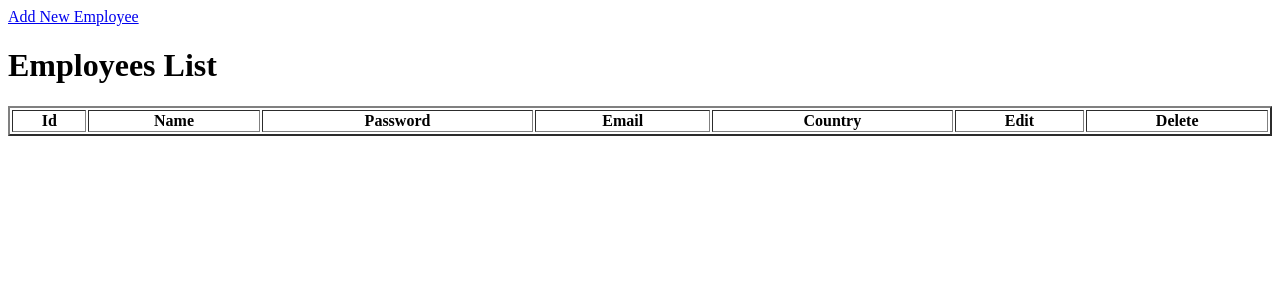
Repository: DhirajMG/ibm-fsd-000GLQ
Page: http://localhost/Employee/employee_view
An editor plug-in stored every save of this project. The page is shown before and after the next save, followed by the edit.
The browser window is 1280 px wide. The pictures show the whole page.
The page is served by Tomcat 9. Other server files are loaded and not shown. Queries for data that is not in the repository find no rows.

Above is the page before, as saved 2019-08-28 06:09:08.

### Java - 000GLQ/Employee/src/comm/servlet/EmployeeView.java
package comm.servlet;

import java.io.IOException;
import java.io.PrintWriter;
import java.util.List;

import javax.servlet.ServletException;
import javax.servlet.annotation.WebServlet;
import javax.servlet.http.HttpServlet;
import javax.servlet.http.HttpServletRequest;
import javax.servlet.http.HttpServletResponse;
@WebServlet("/employee_view")
public class EmployeeView extends HttpServlet {
    protected void doGet(HttpServletRequest request, HttpServletResponse response)
               throws ServletException, IOException {
        response.setContentType("text/html");
        PrintWriter out=response.getWriter();
        out.println("<a href='index.html'>Add New Employee</a>");
        out.println("<h1>Employees List</h1>");

        List<Employee> list=EmployeeDao.getAllEmployees();

        out.print("<table border='2' width='100%'");
        out.print("<tr><th>Id</th><th>Name</th><th>Password</th><th>Email</th><th>Country</th><th>Edit</th><th>Delete</th></tr>");
        for(Employee e:list){
         out.print("<tr><td>"+e.getId()+"</td><td>"+e.getName()+"</td><td>"+e.getPassword()+
        		 "</td><td>"+e.getEmail()+"</td><td>"+e.getCountry()+"</td><td><a href='employee_update?id="+e.getId()+"'>"
        		 		+ "edit</a></td><td><a href='employee_delete?id="+e.getId()+"'>delete</a></td></tr>");
        }
        out.print("</table>");

        out.close();
    }
}

### Java - 000GLQ/Employee/src/comm/servlet/EmployeeDao.java
package comm.servlet;

import java.util.*;

import javax.naming.Context;
import javax.naming.InitialContext;

import java.sql.*;

public class EmployeeDao {
	private static javax.sql.DataSource dataSource=null;
	private static Connection connection=null;

    public static Connection getConnection(){

        Connection connection=null;
        try{
        	Context initContext = new InitialContext();
			Object o  = initContext.lookup("java:/comp/env/jdbc/mysql");
			dataSource=(javax.sql.DataSource)o;

			 connection= dataSource.getConnection();
        }catch(Exception e){System.out.println(e);}
        return connection;
    }
    public static int save(Employee e){
        int status=0;
        try{
            Connection connection=EmployeeDao.getConnection();
            PreparedStatement ps=connection.prepareStatement(
                         "insert into emps(name,password,email,country) values (?,?,?,?)");
            ps.setString(1,e.getName());
            ps.setString(2,e.getPassword());
            ps.setString(3,e.getEmail());
            ps.setString(4,e.getCountry());

            status=ps.executeUpdate();

            connection.close();
        }catch(Exception ex){ex.printStackTrace();}

        return status;
    }
    public static int update(Employee e){
        int status=0;
        try{
            Connection connection=EmployeeDao.getConnection();
            PreparedStatement ps=connection.prepareStatement(
                         "update emps set name=?,password=?,email=?,country=? where id=?");
            ps.setString(1,e.getName());
            ps.setString(2,e.getPassword());
            ps.setString(3,e.getEmail());
            ps.setString(4,e.getCountry());
            ps.setInt(5,e.getId());

            status=ps.executeUpdate();

            connection.close();
        }catch(Exception ex){ex.printStackTrace();}

        return status;
    }
    public static int delete(int id){
        int status=0;
        try{
            Connection connection=EmployeeDao.getConnection();
            PreparedStatement ps=connection.prepareStatement("delete from emps where id=?");
            ps.setInt(1,id);
            status=ps.executeUpdate();

            connection.close();
        }catch(Exception e){e.printStackTrace();}

        return status;
    }
    public static Employee getEmployeeById(int id){
        Employee e=new Employee();

        try{
            Connection connection=EmployeeDao.getConnection();
            PreparedStatement ps=connection.prepareStatement("select * from emps where id=?");
            ps.setInt(1,id);
            ResultSet rs=ps.executeQuery();
            if(rs.next()){
                e.setId(rs.getInt(1));
                e.setName(rs.getString(2));
                e.setPassword(rs.getString(3));
                e.setEmail(rs.getString(4));
                e.setCountry(rs.getString(5));
            }
            connection.close();
        }catch(Exception ex){ex.printStackTrace();}

        return e;
    }
    public static List<Employee> getAllEmployees(){
        List<Employee> list=new ArrayList<Employee>();

        try{
            Connection connection=EmployeeDao.getConnection();
            PreparedStatement ps=connection.prepareStatement("select * from emps");
            ResultSet rs=ps.executeQuery();
            while(rs.next()){
                Employee e=new Employee();
                e.setId(rs.getInt(1));
                e.setName(rs.getString(2));
                e.setPassword(rs.getString(3));
                e.setEmail(rs.getString(4));
                e.setCountry(rs.getString(5));
                list.add(e);
            }
            connection.close();
        }catch(Exception e){e.printStackTrace();}

        return list;
    }
}

After the next save:
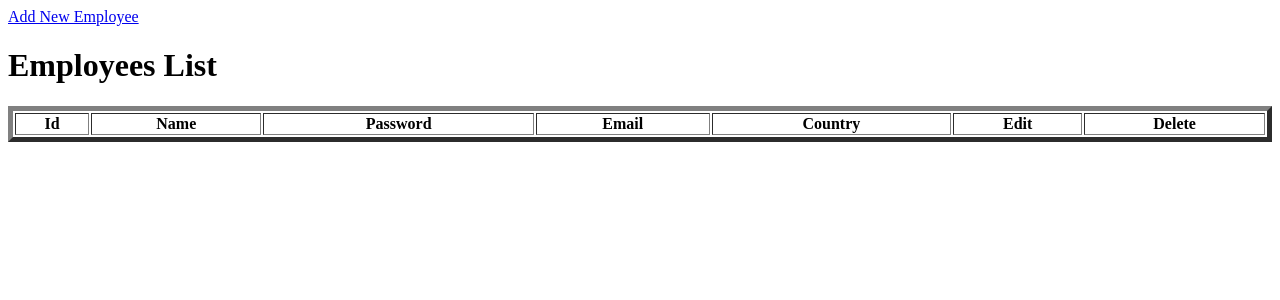
Saved 17 s later.
--- a/Java - 000GLQ/Employee/src/comm/servlet/EmployeeView.java
+++ b/Java - 000GLQ/Employee/src/comm/servlet/EmployeeView.java
@@ -20,7 +20,7 @@ public class EmployeeView extends HttpServlet {
 
         List<Employee> list=EmployeeDao.getAllEmployees();
 
-        out.print("<table border='2' width='100%'");
+        out.print("<table border='5' width='100%'");
         out.print("<tr><th>Id</th><th>Name</th><th>Password</th><th>Email</th><th>Country</th><th>Edit</th><th>Delete</th></tr>");
         for(Employee e:list){
          out.print("<tr><td>"+e.getId()+"</td><td>"+e.getName()+"</td><td>"+e.getPassword()+
